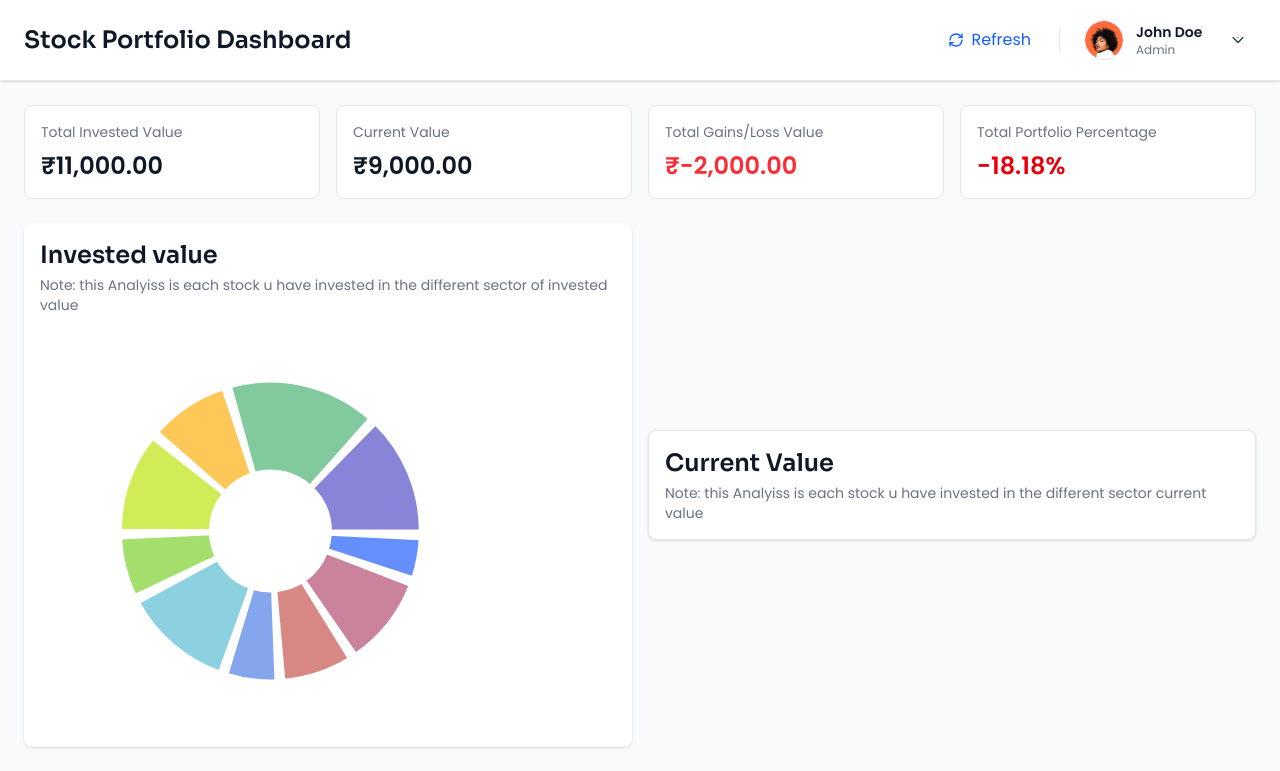
Repository: jabir12-12/inten-project
Page: /
The author's editor kept a copy of each file at every save. The page is drawn from the files as they stood at one save, then again after the next save.
The browser window is 1280 px wide. The pictures show the whole page.
The project was rebuilt for these pictures with package versions that can differ from the ones it lists, and the page was loaded fresh each time. The framework's server and built-in components were replaced by stand-ins that run in the browser. Also part of the build but not shown: next.config.ts.

Above is the page before, as saved 2025-05-17 15:14:29.

### src/pages/index.tsx
'use client';
import React, { useState } from 'react';
import Image from 'next/image';
import { RefreshCw, } from "lucide-react";
import { Bar, BarChart, CartesianGrid, Legend, ResponsiveContainer, Tooltip, TooltipProps, XAxis, YAxis } from "recharts";
import { PieChart, Pie, Cell } from 'recharts';

interface PieTooltipProps extends TooltipProps<number, string> {
  active?: boolean;
  payload?: any[];
}

const pieChartData = [
  { name: "Stock A", invested: 12000, fill: "#8884d8" },
  { name: "Stock B", invested: 15000, fill: "#82ca9d" },
  { name: "Stock C", invested: 8000, fill: "#ffc658" },
  { name: "Stock D", invested: 10000, fill: "#d0ed57" },
  { name: "Stock E", invested: 6000, fill: "#a4de6c" },
  { name: "Stock F", invested: 11000, fill: "#8dd1e1" },
  { name: "Stock G", invested: 5000, fill: "#83a6ed" },
  { name: "Stock H", invested: 7000, fill: "#d88884" },
  { name: "Stock I", invested: 9000, fill: "#ca829d" },
  { name: "Stock J", invested: 4000, fill: "#658ffc" },
];

// Calculate total invested amount
const totalInvested = pieChartData.reduce((sum, stock) => sum + stock.invested, 0);

// Prepare data with percentage for Pie chart
const pieChartFormattedData = pieChartData.map((stock) => ({
  name: stock.name,
  visitors: stock.invested,
  fill: stock.fill,
  percentage: ((stock.invested / totalInvested) * 100).toFixed(2),
}));

const CustomPieTooltip: React.FC<PieTooltipProps> = ({ active, payload }) => {
  if (active && payload && payload.length) {
    const { name, visitors, fill, payload: originalPayload } = payload[0];
    return (
      <div
        className="flex flex-row items-center justify-between w-52"
        style={{
          backgroundColor: "white",
          border: "1px solid #EAECF0",
          borderRadius: "8px",
          padding: "10px",
          boxShadow: "0px 4px 8px rgba(0, 0, 0, 0.1)",
        }}
      >
        <div className="flex flex-row items-center">
          <span
            style={{
              display: "inline-block",
              width: "12px",
              height: "12px",
              borderRadius: "50%",
              backgroundColor: fill,
              marginRight: "8px",
            }}
          />
          <p className="flex items-center text-sm font-semibold text-[#667085]">{name}</p>
        </div>
        <div className="flex flex-col items-end">
          <p className="text-[0.938rem] font-semibold text-[#1D2939]">
            ₹{visitors.toLocaleString("en-IN")}
          </p>
          <p className="text-xs text-gray-400">{originalPayload.percentage}% of total</p>
        </div>
      </div>
    );
  }
  return null;
};

export default function Home() {
  const [loading, setLoading] = useState(false)
  const investedValue = 11000;
  const currentValue = 9000;

  const gainLoss = currentValue - investedValue;
  const isGain = gainLoss >= 0;
  // this convert the text into Indian Rupee format
  const gainLossText = `₹${gainLoss.toLocaleString("en-IN", {
    minimumFractionDigits: 2,
  })}`;


  return (
    <div className="bg-gray-50 min-h-screen flex flex-col">
      {/* Header */}
      <header className="sticky top-0 z-10 flex justify-between px-4 md:px-6 py-3 md:py-4 bg-white border-b border-gray-200 shadow-sm items-center">
        <div className="flex items-center">
          <h1 className="text-gray-900 font-semibold text-xl md:text-2xl">Stock Portfolio Dashboard</h1>
        </div>
        <div className="flex items-center gap-2 md:gap-4">
          <button
            onClick={() => setLoading(true)}
            className="flex items-center  text-blue-600 hover:text-blue-800 px-3 py-1 rounded-md gap-2 cursor-pointer"
            disabled={loading}
          >
            <RefreshCw className={`w-4 h-4 ${loading ? "animate-spin" : ""}`} />
            <span>{loading ? "Refreshing..." : "Refresh"}</span>
          </button>
          <div className="hidden md:block bg-gray-200 h-6 w-px"></div>
          <div className="flex items-center gap-2 md:gap-3 cursor-pointer rounded-md px-2 py-1 hover:bg-gray-100 transition-colors">
            {/* Avatar: always visible */}
            <div className="h-8 w-8 md:h-10 md:w-10 overflow-hidden rounded-full border border-gray-200 shrink-0">
              <Image
                src="/images/Ellipse 1534 (6).svg"
                alt="User profile"
                className="h-full w-full object-cover"
                width={40}
                height={40}
              />
            </div>
            {/* Name and Role: hidden on small screens */}
            <div className="hidden md:flex flex-col min-w-[80px]">
              <span className="text-gray-900 text-sm font-semibold truncate">John Doe</span>
              <span className="text-gray-500 text-xs truncate">Admin</span>
            </div>
            {/* Dropdown Icon: visible always, aligned nicely */}
            <div className="flex items-center justify-center h-5 w-5">
              <Image
                src="/images/Frame (21).svg"
                alt="Dropdown icon"
                width={20}
                height={20}
              />
            </div>
          </div>
        </div>
      </header>
      {/* Main  Body */}
      <div className="flex-1 px-4 py-6 overflow-auto flex flex-col gap-6 md:px-6">
        <div className="flex flex-wrap gap-4 justify-between">
          {/* Total Invested Value */}
          <button className="flex flex-1 min-w-[240px] p-4 flex-col gap-2 border border-gray-200 rounded-lg bg-white transition-all duration-300 ease-in-out hover:shadow-[0_4px_20px_rgba(255,182,193,0.5)] hover:border-[#D6BBFB] hover:scale-[1.03] active:scale-[0.98]">
            <span className="text-gray-500 text-sm">Total Invested Value</span>
            <span className="text-gray-900 text-2xl font-semibold">
              ₹{investedValue.toLocaleString("en-IN", {
                minimumFractionDigits: 2,
              })}
            </span>
          </button>

          {/* Current Value */}
          <button className="flex flex-1 min-w-[240px] p-4 flex-col gap-2 border border-gray-200 rounded-lg bg-white transition-all duration-300 ease-in-out hover:shadow-[0_4px_20px_rgba(255,182,193,0.5)] hover:border-[#D6BBFB] hover:scale-[1.03] active:scale-[0.98]">
            <span className="text-gray-500 text-sm">Current Value</span>
            <span className="text-gray-900 text-2xl font-semibold">
              ₹{currentValue.toLocaleString("en-IN", {
                minimumFractionDigits: 2,
              })}
            </span>
          </button>

          {/* Total Gain/Loss */}
          <button className="flex flex-1 min-w-[240px] p-4 flex-col gap-2 border border-gray-200 rounded-lg bg-white transition-all duration-300 ease-in-out hover:shadow-[0_4px_20px_rgba(255,182,193,0.5)] hover:border-[#D6BBFB] hover:scale-[1.03] active:scale-[0.98]">
            <span className="text-gray-500 text-sm">Total Gains/Loss Value</span>
            <span
              className={`text-2xl font-semibold ${isGain ? "text-green-600" : "text-red-500"
                }`}
            >
              {gainLossText}
            </span>
          </button>

          {/* Portfolio Percentage (optional placeholder) */}
          <button className="flex flex-1 min-w-[240px] p-4 flex-col gap-2 border border-gray-200 rounded-lg bg-white transition-all duration-300 ease-in-out hover:shadow-[0_4px_20px_rgba(255,182,193,0.5)] hover:border-[#D6BBFB] hover:scale-[1.03] active:scale-[0.98]">
            <span className="text-gray-500 text-sm">Total Portfolio Percentage</span>
            <span className={`text-2xl font-semibold ${currentValue >= investedValue ? 'text-green-600' : 'text-red-600'}`}>
              {(((currentValue - investedValue) / investedValue) * 100).toFixed(2)}%
            </span>
          </button>

        </div>
        <div className='flex flex-row w-full  items-center  gap-4 justify-between'>
          <div className='flex flex-col w-1/2 gap-4 order border-gray-200 rounded-lg p-4  bg-white shadow-sm'>
            <div className='flex flex-col gap-1'>
              <h1 className="text-gray-900 font-semibold text-xl md:text-2xl">Invested value</h1>
              <span className="text-gray-500 text-sm">Note: this Analyiss is each stock u have invested in the different sector of invested value</span>
            </div>
            <ResponsiveContainer width="80%" height={400} className="flex">
              <PieChart>
                <Tooltip content={<CustomPieTooltip />} cursor={false} />
                <Pie
                  data={pieChartFormattedData}
                  dataKey="visitors"
                  nameKey="name"
                  innerRadius={60}
                  outerRadius={150}
                  stroke="#FFFFFF"
                  strokeWidth={3}
                  paddingAngle={3}
                >
                  {pieChartFormattedData.map((entry, index) => (
                    <Cell key={`cell-${index}`} fill={entry.fill} />
                  ))}
                </Pie>
              </PieChart>
            </ResponsiveContainer>
          </div>
          <div className='flex flex-col w-1/2 gap-4 border border-gray-200 rounded-lg p-4 bg-white shadow-sm'>
            <div className='flex flex-col gap-1'>
              <h1 className="text-gray-900 font-semibold text-xl md:text-2xl"> Current Value</h1>
              <span className="text-gray-500 text-sm">Note: this Analyiss is each stock u have invested in the different sector current value</span>
            </div>
          </div>

        </div>

      </div>
    </div>


  );
}

### src/styles/globals.css
@import url('https://fonts.googleapis.com/css2?family=Poppins:wght@400;500;600&family=Inter:wght@400;500;600&family=Sora:wght@400;500;600;700;800&display=swap');
@import url('https://fonts.googleapis.com/css2?family=Inter:wght@400;700&display=swap');

@import "tailwindcss";

body {
  background-color: #f7f8fb;
  margin: 0;
  padding: 0;
  font-family: 'Poppins', sans-serif;
  justify-content: center;
  align-items: center;
  height: 100vh;
}

.video-js .vjs-playback-rate {
  font-size: 10px;
  transform: translateY(12px);
  /* Moves the button down by 10px */

}

.heading .head {
  font-family: 'Sora', sans-serif;
  font-size: 24px;
  /* Example size */
  font-weight: 700;
}

/* Example for other headings if needed */
h1,
h2,
h3,
h4,
h5,
h6 {
  font-family: 'Sora', sans-serif;
}

h3 {
  font-size: 18px;
  font-weight: 600;
}

/* Ensure that other text elements use Poppins */
p,
span,
div {
  font-family: 'Poppins', sans-serif;
}

.button {
  outline: none;
}

/* Custom scrollbar styles */

::-webkit-scrollbar {
  width: 7px;
  height: 7px;
}

::-webkit-scrollbar-thumb {
  background-color: rgba(234, 236, 240, 1);
  ;

  border-radius: 100px;
}

::-webkit-scrollbar-track {
  background: "white";

}

/* THIS IS FOR TEXT-EDITOR IN DISSCUSSION TAB --------------------------*/
.custom-quill .ql-container {
  border: none !important;
  /* Remove the border from the container */
}

.custom-quill .ql-editor {
  border: none !important;
  /* Ensure no border around the editor */
}

.custom-quill:focus {
  outline: none;
  /* Remove outline on focus */
}

.custom-quill .ql-editor {
  font-size: 16px;
  /* Set text size to 16px */
  font-family: 'Poppins', sans-serif;
  font-style: normal;
  /* Use the Poppins font */

}

.custom-quill .ql-editor:empty::before {

  /* Show placeholder */
  color: #667085;
  /* Placeholder color */
  font-family: 'Poppins', sans-serif;
  font-style: normal;
  /* Poppins font for placeholder */
  font-size: 16px;
  /* Placeholder size */
  position: absolute;
  /* Position it absolutely */
  left: 10px;
  /* Adjust according to your padding */
  top: 10px;
  /* Adjust according to your padding */
  pointer-events: none;
  /* Prevent interaction */
}

.custom-quill .ql-editor:focus::before {
  display: none;
  /* Hide placeholder on focus */
}

/* -------------------------------------------------- */
/* FOR TOOLTIP FOR TEST PAGE ONLY ->learn Tab */


.tooltipText {
  position: absolute;
  color: white;
  bottom: 125%;
  /* Position above the button */
  left: 50%;
  /* Center horizontally */
  transform: translateX(-50%);
  /* Adjust to center the tooltip */

  z-index: 3;
  background-color: #131313;
  box-shadow: 0 5px 10px rgba(0, 0, 0, 0.3);
  padding: 6px 14px;
  /* Padding inside the tooltip */
  width: 204px;
  /* Fixed width */
  height: auto;
  /* Hug content (height grows with content) */
  min-height: 78px;
  /* Minimum height */
  font-size: 15px;
  font-weight: 400;
  border-radius: 5px;
  white-space: normal;
  /* Allow text wrapping for longer content */
  opacity: 0;
  pointer-events: none;
  transition: all 0.4s ease;
}

.tooltip:hover .tooltipText {
  opacity: 1;
  pointer-events: auto;
  transform: translate(-50%, -10px);
  /* Move tooltip slightly up on hover */
}

.drawer-overlay {
  background-color: transparent !important;
  /* Makes the overlay transparent */
}

/* magic.module.css */
.customCheckbox input[type="checkbox"]:checked {
  background-color: #9012FF;
  border-color: #9012FF;
}

/* Add this to your global CSS file */
.ql-container .ql-editor img {
  cursor: pointer;
}

.image-resizer {
  border: 1px dashed #999;
  position: absolute;
}

.image-resizer .resize-handle {
  background-color: #fff;
  border: 1px solid #999;
  height: 8px;
  width: 8px;
  position: absolute;
}

.image-resizer .resize-handle.se {
  bottom: -5px;
  right: -5px;
  cursor: se-resize;
}

.image-resizer .resize-handle.sw {
  bottom: -5px;
  left: -5px;
  cursor: sw-resize;
}

.image-resizer .resize-handle.ne {
  top: -5px;
  right: -5px;
  cursor: ne-resize;
}

.image-resizer .resize-handle.nw {
  top: -5px;
  left: -5px;
  cursor: nw-resize;
}


@layer base {
  :root {
    --radius: 0.5rem;
    --chart-1: 12 76% 61%;
    --chart-2: 173 58% 39%;
    --chart-3: 197 37% 24%;
    --chart-4: 43 74% 66%;
    --chart-5: 27 87% 67%;
  }

  .dark {
    --chart-1: 220 70% 50%;
    --chart-2: 160 60% 45%;
    --chart-3: 30 80% 55%;
    --chart-4: 280 65% 60%;
    --chart-5: 340 75% 55%;
  }
}

Loaded but not shown: src/pages/_app.tsx (common file); src/pages/_document.tsx (common file)

After the next save:
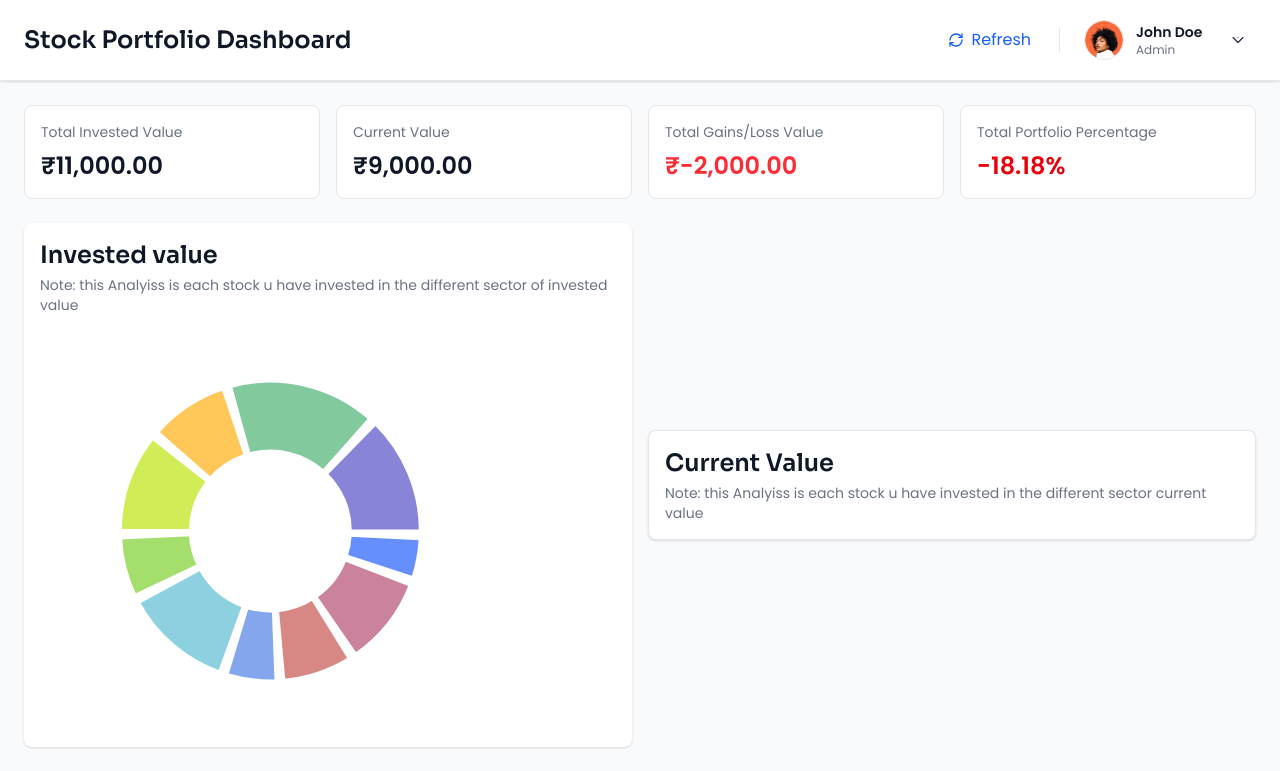
Saved 8 s later.
--- a/src/pages/index.tsx
+++ b/src/pages/index.tsx
@@ -187,7 +187,7 @@ export default function Home() {
                   data={pieChartFormattedData}
                   dataKey="visitors"
                   nameKey="name"
-                  innerRadius={60}
+                  innerRadius={80}
                   outerRadius={150}
                   stroke="#FFFFFF"
                   strokeWidth={3}
